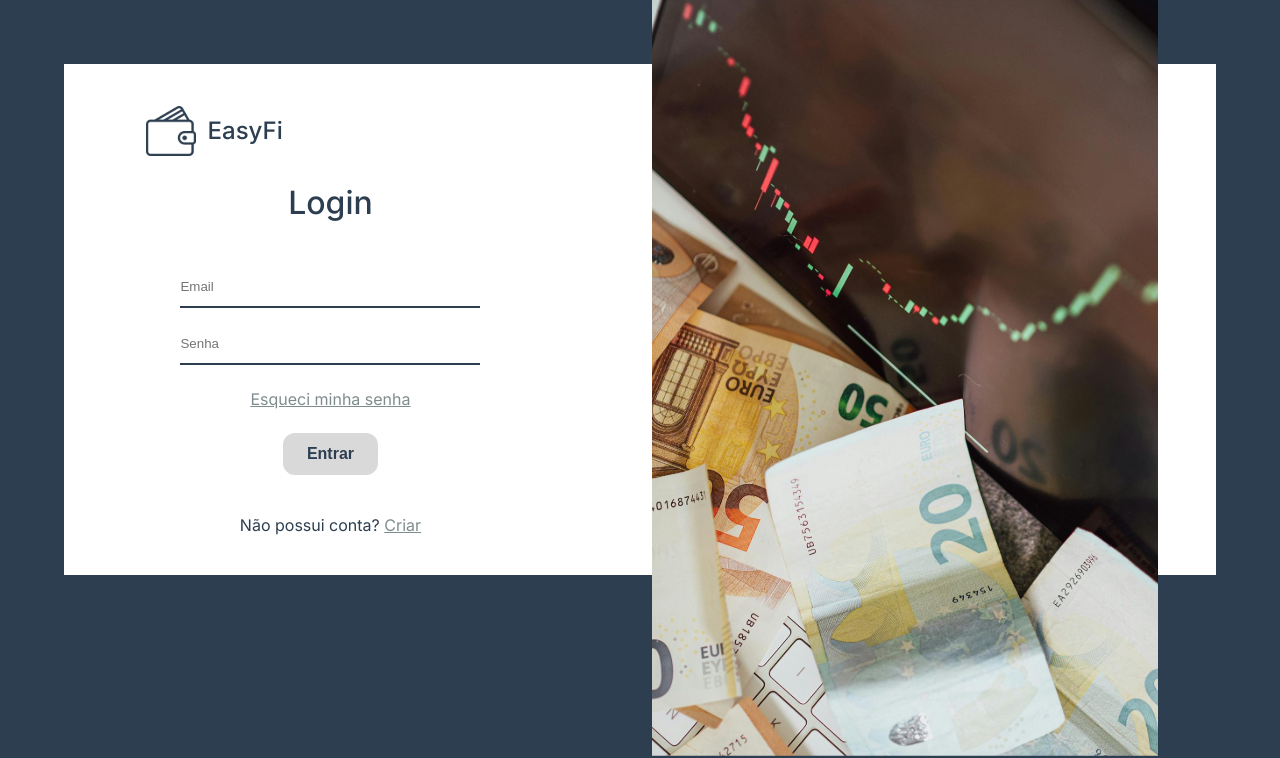
Repository: Ingridiag/projeto-engenharia
Page: login.html
The author's editor kept a copy of each file at every save. The page is drawn from the files as they stood at one save, then again after a run of saves.
The browser window is 1280 px wide. The pictures show the whole page.

Above is the page before, as saved 2024-10-28 16:39:21.

### login.html
<!DOCTYPE html>
<html lang="pt">

<head>
    <meta charset="UTF-8">
    <meta name="viewport" content="width=device-width, initial-scale=1.0">
    <link rel="preconnect" href="https://fonts.googleapis.com">
<link rel="preconnect" href="https://fonts.gstatic.com" crossorigin>
<link href="https://fonts.googleapis.com/css2?family=Inter:ital,opsz,wght@0,14..32,100..900;1,14..32,100..900&display=swap"
rel="stylesheet">
    <link rel="stylesheet" href="style.css">
    <title>Login</title>
</head>

<body>
    <div class="container">

        <!-- Tela Login -->
        <div class="login">
            <div class="primeira-coluna">
                <div class="logo">
                    <img src="imagens/logo-azul 1.svg" alt="logo">
                    <h1>EasyFi</h1>
                </div>
                <div class="formulario">
                    <h1 class="title">Login</h1>
                    <form >
                        <input type="email" placeholder="Email">
                        <input type="password" placeholder="Senha">
                    </form>
                    <div class="uses">
                        <a href="#" class="link">Esqueci minha senha</a>

                    </div>
                    <div class="btn-default">
                        <button>
                            Entrar
                        </button>
                    </div>
                    <div >
                        <p>Não possui conta?
                            <span>
                                <a href="#" class="link">Criar</a>
                            </span>
                        </p>
                    </div>
                </div>
            </div>
            <div class="decor">
                <h3 class="mensagem">
                    facilite a organização dos seus gastos
                </h3>
                <img src="imagens/imagem_background.svg" alt="imagem_background">
            </div>
        </div>



        <div class="cadastro">
            <!-- Tela Cadastro -->
            <div class="decor">
                <h3 class="mensagem">
                    facilite a organização dos seus gastos
                </h3>
            </div>

            <div class="primeira-coluna">
                <div class="logo">
                    <img src="imagens/logo-azul 1.svg" alt="logo">
                    <h1>EasyFi</h1>
                </div>
                <div class="formulario">
                    <h1 class="title">Criar Conta</h1>
                    <form >
                        <input type="text" placeholder="Nome">
                        <input type="email" placeholder="Email">
                        <input type="password" placeholder="Senha">
                        <input type="password" placeholder=" Confirmar senha">
                    </form>
                    <div>
                        <a href="#" class="link">Esqueci minha senha</a>

                    </div>
                    <div class="btn-default">
                        <button>
                            Entrar
                        </button>
                    </div>
                    <div class="uses">
                        <p>Já possui conta?
                            <span>
                                <a href="#" class="link">Login</a>
                            </span>
                        </p>
                    </div>
                </div>
            </div>
        </div>


    </div>

</body>

</html>

### style.css
body {
    margin: 0;
    padding: 0;
    box-sizing: border-box;
    background: #2C3E50;
    font-family: "Inter", sans-serif;
}

.container {
    display: flex;
    justify-content: center;
    align-items: center;
    margin: 5%;
}

.login {
    width: 100%;
    height: 55vh;
    padding: 5%;
    display: flex;
    align-items: center;
    background: #fff;
    justify-content: space-between;
}

.primeira-coluna {
    width: 70%;
    display: flex;
    flex-direction: column;
    justify-content: center;
    /* background: #909090; */
}

.logo {
    display: flex;
    gap: 12px;
    align-items: center;
    padding: 12px 24px 0;
    color: #2C3E50;

    h1 {
        font-size: 24px;
        font-weight: 500;
    }
    img{
        width: 50px;

    }

}

.formulario {
    display: flex;
    flex-direction: column;
    align-items: center;
    gap: 24px;
    color: #2C3E50;
    h1{
        font-weight: 500;}
}

.formulario form {
    display: flex;
    flex-direction: column;
    gap: 16px;
}

.formulario form input {
    width: 300px;
    padding: 12px 0px;
    background: none;
    border: none;
    border-bottom: 2px solid #2C3E50;
    outline: none;
    color: #2C3E50;

}

.formulario a {
    color: #7F8C8D;
}

.btn-default button {
    background: #D9D9D9;
    border: none;
    border-radius: 12px;
    padding: 12px 24px;
    font-size: 16px;
    transition: 0.2s ease;
    cursor: pointer;
    color: #2C3E50;
    font-weight: 600;
}

.btn-default button:hover {
    background: #F4EEEE;
    color: #577695;
    transform: scale(1.1);
}
.decor{
   display: flex;
   img{
    wid
   }
}

.cadastro {
    display: none;
    flex-direction: column;
    position: relative;
}

After the next 7 saves:
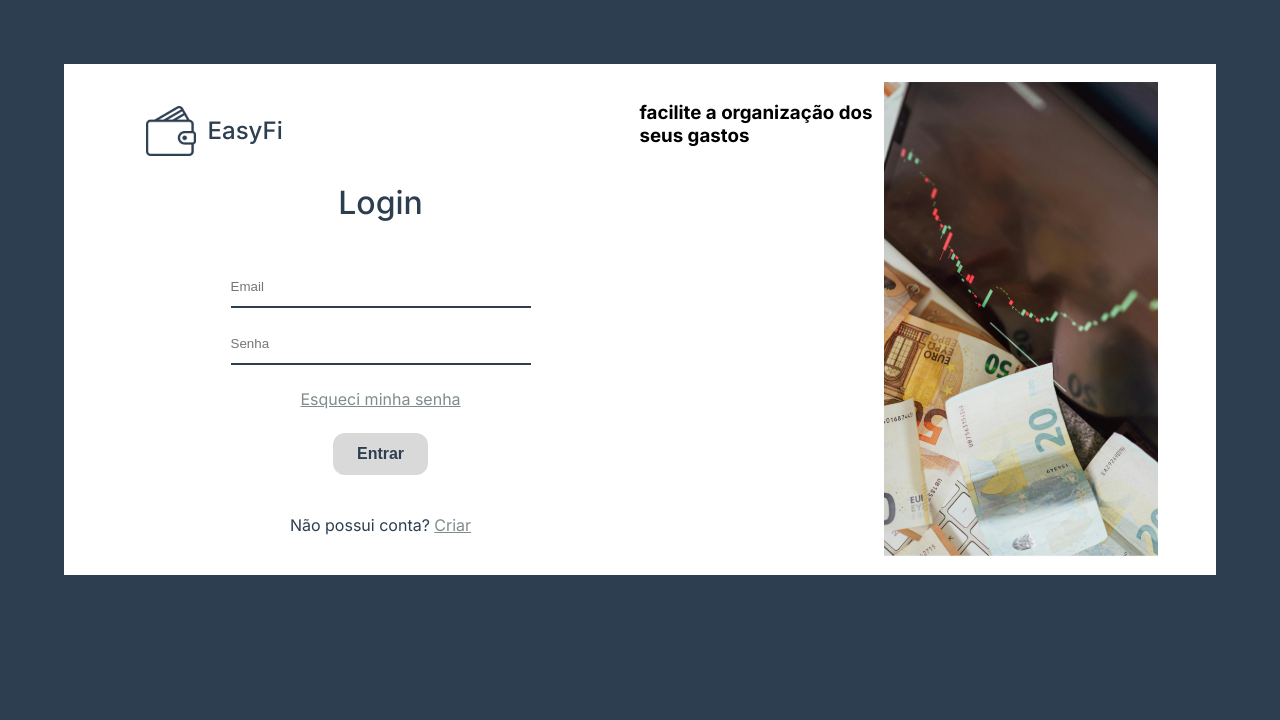
The 7 saves are shown as one change because they came seconds apart.
The last was saved 16 s later.
--- a/style.css
+++ b/style.css
@@ -100,7 +100,8 @@ body {
 .decor{
    display: flex;
    img{
-    wid
+    width: 380px;
+    height: 475px;
    }
 }
 
